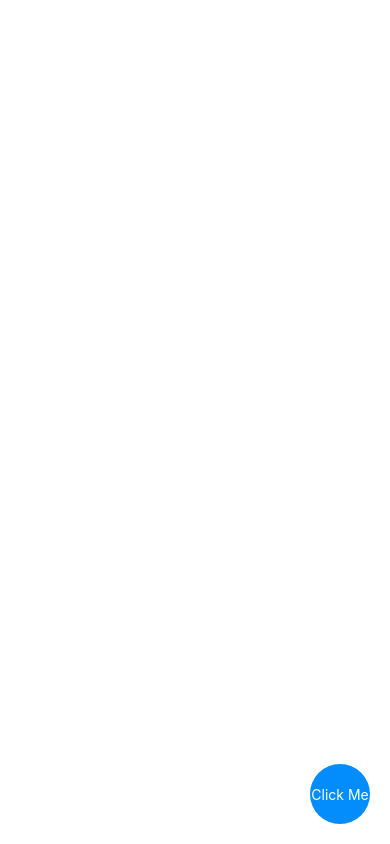
Repository: CodeBunny786/React-Native-Reveal-Animation
Screen: /
An editor plug-in stored every save of this project. The screen is shown before and after a run of saves, followed by the edit.
The app was drawn by React Native's web renderer in a window 390 px wide. The project was rebuilt for these pictures with package versions that can differ from the ones it lists, and the page was loaded fresh each time.

Above is the screen before, as saved 2019-10-28 12:30:17.

After the next 2 saves:
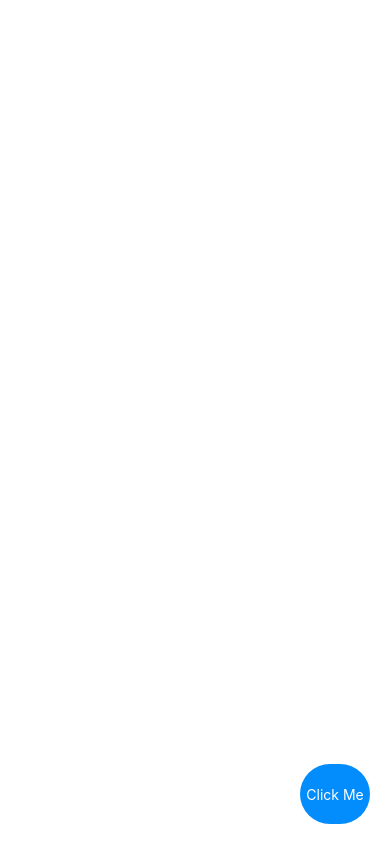
The 2 saves are shown as one change because they came seconds apart.
The last was saved 23 s later.
--- a/App.js
+++ b/App.js
@@ -57,14 +57,14 @@ const styles = StyleSheet.create({
   background: {
     backgroundColor: "#038cfc",
     position: "absolute",
-    width: 60,
+    width: 70,
     height: 60,
     bottom: 20,
     right: 20,
     borderRadius: 30,
   },
   button: {
-    width: 60,
+    width: 70,
     height: 60,
     alignItems: "center",
     justifyContent: "center",
